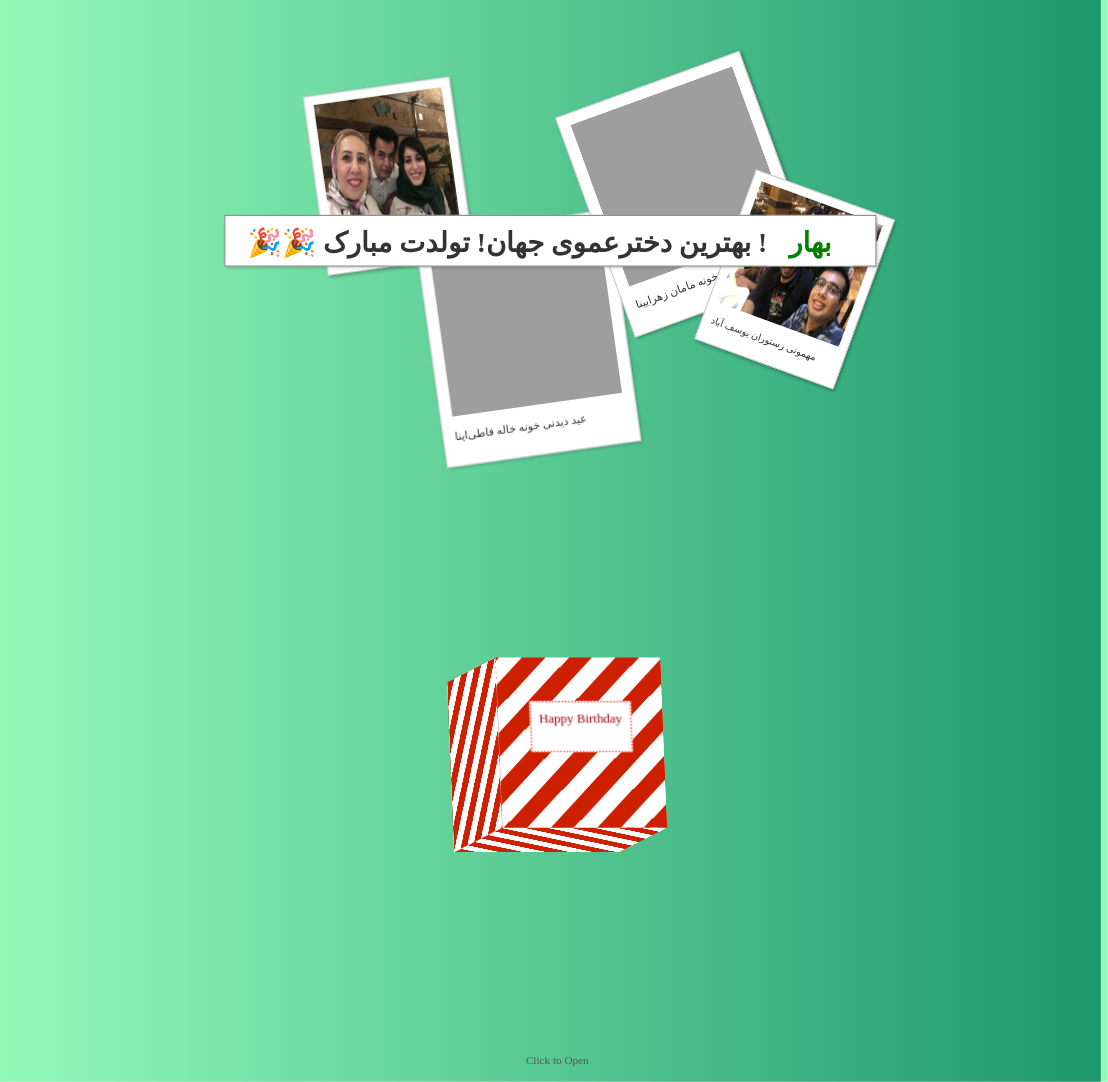
Repository: mirfarzam/mirfarzam.github.io
Page: bahar/index.html
These files come from the project's save history. The page is drawn as it stood at one moment and after the next save; the edit follows.
The browser window is 1280 px wide. The page is 1288 px wide, then 1280 px, so the pictures cover 1288 px, including what lies to the right of the window. The pictures show the part of the page from y = 358 to 1616 px (the page is 1616 px tall before and 903 px after), at 86% of full size.
Pictures or frames that could not be fetched are drawn as grey boxes. Some web fonts or font styles are not loaded; a fallback is used.

Above is the page before, as saved 2020-03-20 23:32:20.

After the next save:
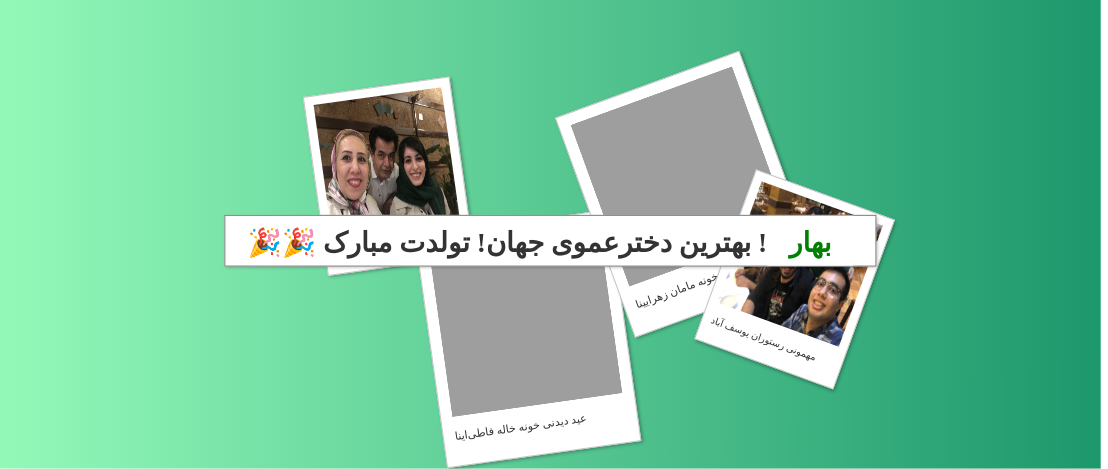
Saved 5 s later.
--- a/bahar/index.html
+++ b/bahar/index.html
@@ -265,29 +265,6 @@ h1 span {
 	</div>
 
 
- <section class="above-fold">
-  <div class="wrap-present">
-    <div class="present-box" id="present">
-      <div class="present">
-        <div class="img-wrap" id="present-image">
-
-        </div>
-      </div>
-      <div class="side front"></div>
-      <div class="side back"></div>
-      <div class="side left"></div>
-      <div class="side right"></div>
-      <div class="side top">
-        <span class="to">
-          <span class="name" id="nametag">
-          </span>
-        </span>
-      </div>
-      <div class="side bottom"></div>
-    </div>
-  </div>
-  <p class="info-text">Click to Open</p>
-</section>
 
 
 </body>
